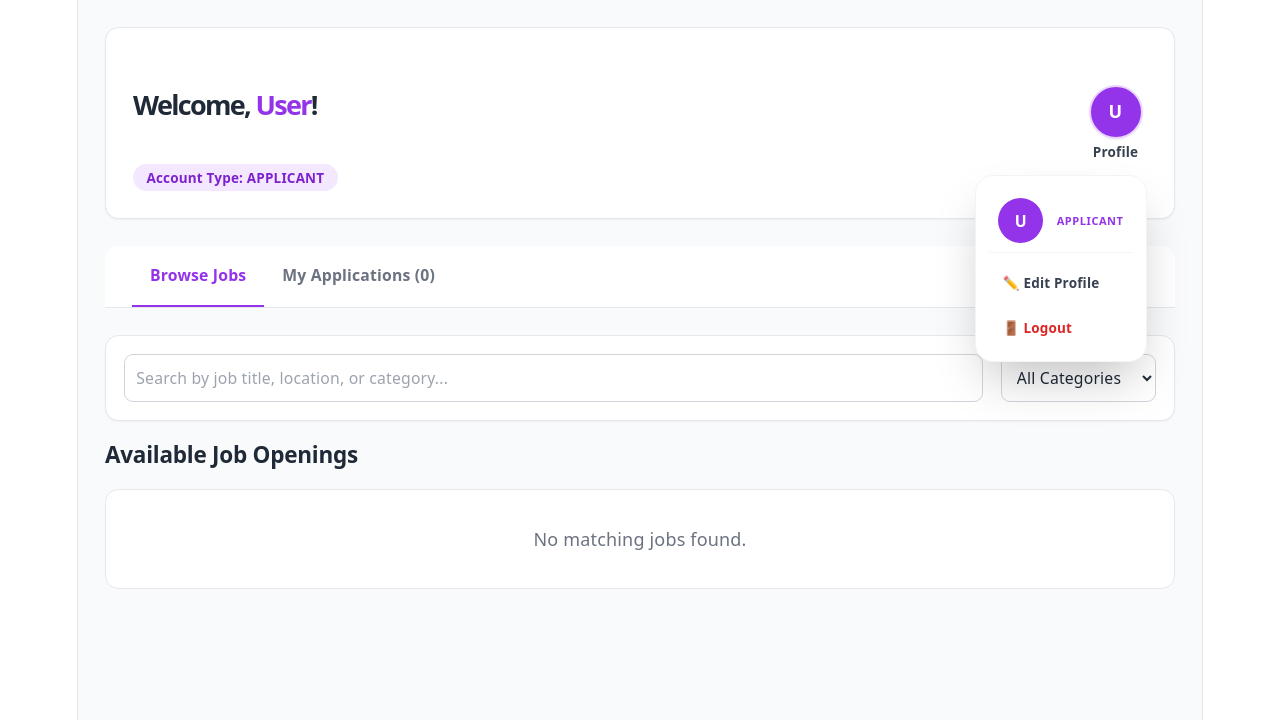
Repository: mdkawsarjomadder/job-portal
Page: /dashboard (app in job-portal/frontend/), after clicking the first element matching `button.flex`
The author's editor kept a copy of each file at every save. The page is drawn from the files as they stood at one save, then again after the next save.
The browser window is 1280 px wide. The pictures show the whole page.
The page's requests for data from a server got no answer. The project was rebuilt for these pictures with package versions that can differ from the ones it lists, and the page was loaded fresh each time. No one was signed in, and anything a server would have sent is missing. Also part of the build but not shown: job-portal/frontend/vite.config.js, job-portal/frontend/src/pages/Login.jsx, job-portal/frontend/src/pages/Register.jsx, job-portal/frontend/src/pages/EmployerDashboard.jsx, job-portal/frontend/src/pages/MyApplications.jsx, job-portal/frontend/src/pages/CreateJob.jsx, job-portal/frontend/src/pages/Home.jsx. Imported but missing from the stored project, and not drawn on this page: job-portal/frontend/src/pages/Profile.

Above is the page before, as saved 2026-09-18 21:20:01.

### job-portal/frontend/src/index.css
@tailwind base;
@tailwind components;
@tailwind utilities;

:root {
  --text: #6b6375;
  --text-h: #08060d;
  --bg: #fff;
  --border: #e5e4e7;
  --code-bg: #f4f3ec;
  --accent: #aa3bff;
  --accent-bg: rgba(170, 59, 255, 0.1);
  --accent-border: rgba(170, 59, 255, 0.5);
  --social-bg: rgba(244, 243, 236, 0.5);
  --shadow: rgba(0, 0, 0, 0.1) 0 10px 15px -3px, rgba(0, 0, 0, 0.05) 0 4px 6px -2px;

  --sans: system-ui, 'Segoe UI', Roboto, sans-serif;
  --heading: system-ui, 'Segoe UI', Roboto, sans-serif;
  --mono: ui-monospace, Consolas, monospace;

  font: 18px/145% var(--sans);
  letter-spacing: 0.18px;
  color-scheme: light dark;
  color: var(--text);
  background: var(--bg);
  font-synthesis: none;
  text-rendering: optimizeLegibility;
  -webkit-font-smoothing: antialiased;
  -moz-osx-font-smoothing: grayscale;
}

@media (max-width: 1024px) {
  :root {
    font-size: 16px;
  }
}

@media (prefers-color-scheme: dark) {
  :root {
    --text: #9ca3af;
    --text-h: #f3f4f6;
    --bg: #16171d;
    --border: #2e303a;
    --code-bg: #1f2028;
    --accent: #c084fc;
    --accent-bg: rgba(192, 132, 252, 0.15);
    --accent-border: rgba(192, 132, 252, 0.5);
    --social-bg: rgba(47, 48, 58, 0.5);
    --shadow: rgba(0, 0, 0, 0.4) 0 10px 15px -3px, rgba(0, 0, 0, 0.25) 0 4px 6px -2px;
  }

  #social .button-icon {
    filter: invert(1) brightness(2);
  }
}

body {
  margin: 0;
}

#root {
  width: 1126px;
  max-width: 100%;
  margin: 0 auto;
  text-align: center;
  border-inline: 1px solid var(--border);
  min-height: 100svh;
  display: flex;
  flex-direction: column;
  box-sizing: border-box;
}

h1,
h2 {
  font-family: var(--heading);
  font-weight: 500;
  color: var(--text-h);
}

h1 {
  font-size: 56px;
  letter-spacing: -1.68px;
  margin: 32px 0;
}

h2 {
  font-size: 24px;
  line-height: 118%;
  letter-spacing: -0.24px;
  margin: 0 0 8px;
}

@media (max-width: 1024px) {
  h1 {
    font-size: 36px;
    margin: 20px 0;
  }
  h2 {
    font-size: 20px;
  }
}

p {
  margin: 0;
}

code,
.counter {
  font-family: var(--mono);
  display: inline-flex;
  border-radius: 4px;
  color: var(--text-h);
}

code {
  font-size: 15px;
  line-height: 135%;
  padding: 4px 8px;
  background: var(--code-bg);
}

### job-portal/frontend/src/App.jsx
import { BrowserRouter as Router, Routes, Route, Navigate } from 'react-router-dom';
import Login from './pages/Login';
import Register from './pages/Register';
import ApplicantDashboard from './pages/ApplicantDashboard';
import EmployerDashboard from './pages/EmployerDashboard';
import MyApplications from './pages/MyApplications';
import CreateJob from './pages/CreateJob';
import Home from './pages/Home';
import Profile from './pages/Profile';



function App() {
  return (
    <Router>
      <Routes>
        <Route path="/" element={<Home />} />
        <Route path="/home" element={<Home />} />
        <Route path="/login" element={<Login />} />
        <Route path="/profile" element={<Profile />} />
        <Route path="/register" element={<Register />} />
        <Route path="/my-applications" element={<MyApplications />} />
        <Route path="/dashboard" element={<ApplicantDashboard />} />
        <Route path="/employerdashboard" element={<EmployerDashboard />} />
        <Route path="/create-job" element={<CreateJob />} />
        <Route path="*" element={<Navigate to="/" replace />} />
      </Routes>
    </Router>
  );
}

export default App;

### job-portal/frontend/src/pages/ApplicantDashboard.jsx
import React, { useState, useEffect, useRef } from 'react';
import axios from 'axios';
import { useNavigate } from 'react-router-dom';

export default function ApplicantDashboard() {
  const navigate = useNavigate();
  const [user, setUser] = useState(null);
  const [jobs, setJobs] = useState([]);
  const [appliedJobs, setAppliedJobs] = useState([]);
  const [activeTab, setActiveTab] = useState('browse');
  const [selectedJob, setSelectedJob] = useState(null);
  const [resumeFile, setResumeFile] = useState(null);
  const [isModalOpen, setIsModalOpen] = useState(false);

  // Profile Dropdown State
  const [isDropdownOpen, setIsDropdownOpen] = useState(false);
  const dropdownRef = useRef(null);

  // Loading & Toast Notification States
  const [isSubmitting, setIsSubmitting] = useState(false);
  const [toastMessage, setToastMessage] = useState('');
  const [toastType, setToastType] = useState('success');

  // Search & Filter States
  const [searchTerm, setSearchTerm] = useState('');
  const [selectedCategory, setSelectedCategory] = useState('All');

  useEffect(() => {
    fetchLatestProfile();
    fetchJobs();
    fetchMyApplications();
  }, []);

  // API থেকে লেটেস্ট Avatar সহ ইউজার ডাটা ফেচ করা
  const fetchLatestProfile = async () => {
    const token = localStorage.getItem('token');
    const storedUser = localStorage.getItem('user');

    if (storedUser) {
      setUser(JSON.parse(storedUser));
    }

    if (!token) return;

    try {
      const res = await axios.get('http://localhost:5000/api/jobs/profile', {
        headers: { Authorization: `Bearer ${token}` },
      });
      if (res.data) {
        setUser(res.data);
        localStorage.setItem('user', JSON.stringify(res.data));
      }
    } catch (err) {
      console.error('Error fetching fresh profile:', err);
    }
  };

  // Dropdown Close on Outside Click
  useEffect(() => {
    const handleClickOutside = (event) => {
      if (dropdownRef.current && !dropdownRef.current.contains(event.target)) {
        setIsDropdownOpen(false);
      }
    };
    document.addEventListener('mousedown', handleClickOutside);
    return () => document.removeEventListener('mousedown', handleClickOutside);
  }, []);

  const fetchJobs = async () => {
    try {
      const res = await axios.get('http://localhost:5000/api/jobs');
      setJobs(res.data);
    } catch (err) {
      console.error('Error fetching jobs:', err);
    }
  };

  const fetchMyApplications = async () => {
    const token = localStorage.getItem('token');
    if (!token) return;

    try {
      const res = await axios.get('http://localhost:5000/api/jobs/my-applications', {
        headers: { Authorization: `Bearer ${token}` },
      });
      setAppliedJobs(res.data);
    } catch (err) {
      console.error('Error fetching applications:', err);
    }
  };

  const showToast = (message, type = 'success') => {
    setToastMessage(message);
    setToastType(type);

    setTimeout(() => {
      setToastMessage('');
    }, 4000);
  };

  const handleApplyClick = (job) => {
    const token = localStorage.getItem('token');
    if (!token) {
      showToast('Please login to apply', 'error');
      return;
    }
    setSelectedJob(job);
    setIsModalOpen(true);
  };

  const handleFormSubmit = async (e) => {
    e.preventDefault();

    if (!resumeFile) {
      showToast('Please select a PDF resume file first!', 'error');
      return;
    }

    const token = localStorage.getItem('token');

    const formData = new FormData();
    formData.append('jobId', selectedJob.id);
    formData.append('resume', resumeFile);

    setIsSubmitting(true);

    try {
      const res = await axios.post('http://localhost:5000/api/jobs/apply', formData, {
        headers: {
          Authorization: `Bearer ${token}`,
          'Content-Type': 'multipart/form-data',
        },
      });

      setIsSubmitting(false);
      setIsModalOpen(false);
      setResumeFile(null);
      setSelectedJob(null);
      fetchMyApplications();

      showToast(res.data.message || 'Applied successfully with uploaded resume!', 'success');

    } catch (err) {
      setIsSubmitting(false);
      console.error('Application Error:', err);
      showToast(err.response?.data?.message || 'Failed to apply', 'error');
    }
  };

  const handleLogout = () => {
    localStorage.removeItem('token');
    localStorage.removeItem('user');
    navigate('/login');
  };

  const filteredJobs = jobs.filter((job) => {
    const query = searchTerm.trim().toLowerCase();

    const titleMatch = job?.title ? job.title.toLowerCase().includes(query) : false;
    const locationMatch = job?.location ? job.location.toLowerCase().includes(query) : false;
    const categoryMatch = job?.category ? job.category.toLowerCase().includes(query) : false;

    const matchesSearch = query === '' || titleMatch || locationMatch || categoryMatch;

    const matchesCategoryDropdown =
      selectedCategory === 'All' ||
      (job?.category && job.category.toLowerCase() === selectedCategory.toLowerCase());

    return matchesSearch && matchesCategoryDropdown;
  });

  return (
    <div className="min-h-screen bg-gray-50 p-6 text-left relative">

      {/* Toast Notification */}
      {toastMessage && (
        <div className="fixed top-5 right-5 z-50 animate-bounce">
          <div
            className={`px-5 py-3 rounded-xl shadow-lg text-white text-sm font-semibold flex items-center gap-2 ${
              toastType === 'success' ? 'bg-green-600' : 'bg-red-600'
            }`}
          >
            <span>{toastType === 'success' ? '✓' : '✕'}</span>
            <span>{toastMessage}</span>
          </div>
        </div>
      )}

      <div className="max-w-5xl mx-auto space-y-6">

        {/* Profile Header Card */}
        <div className="bg-white p-6 rounded-xl shadow-sm border border-gray-200 flex flex-col md:flex-row justify-between items-start md:items-center gap-4">
          <div>
            <h1 className="text-2xl font-bold text-gray-800">
              Welcome, <span className="text-purple-600">{user?.name || 'User'}</span>!
            </h1>
            <p className="text-sm text-gray-500">{user?.email}</p>
            <span className="inline-block mt-2 px-3 py-1 bg-purple-100 text-purple-700 text-xs font-semibold rounded-full">
              Account Type: {user?.role || 'APPLICANT'}
            </span>
          </div>

          {/* User Profile Dropdown Section */}
          <div className="relative" ref={dropdownRef}>
            <button
              onClick={() => setIsDropdownOpen(!isDropdownOpen)}
              className="flex flex-col items-center justify-center p-1 rounded-xl hover:bg-gray-50 transition focus:outline-none"
            >
              {/* Profile Avatar */}
              <div className="w-12 h-12 rounded-full bg-purple-600 text-white font-bold text-base flex items-center justify-center overflow-hidden border-2 border-purple-200 shadow-sm shrink-0">
                {user?.avatar ? (
                  <img
                    src={user.avatar}
                    alt={user.name}
                    className="w-full h-full object-cover"
                    onError={(e) => { e.target.style.display = 'none'; }}
                  />
                ) : (
                  user?.name?.charAt(0).toUpperCase() || 'U'
                )}
              </div>

              {/* User Name */}
              <span className="text-xs font-semibold text-gray-700 mt-1 max-w-[120px] truncate text-center">
                {user?.name || 'Profile'}
              </span>
            </button>

            {/* Dropdown Menu - Position Fixed to Align Correctly */}
            {isDropdownOpen && (
              <div className="absolute right-0 mt-2 w-50 bg-white rounded-2xl shadow-2xl border border-gray-100 p-3 z-50 transform origin-top-right transition-all">
                {/* Header User Details */}
                <div className="flex items-center gap-3 p-2 border-b border-gray-100 mb-2">
                  <div className="w-10 h-10 rounded-full bg-purple-600 text-white font-bold text-sm flex items-center justify-center overflow-hidden shrink-0">
                    {user?.avatar ? (
                      <img
                        src={user.avatar}
                        alt={user.name}
                        className="w-full h-full object-cover"
                        onError={(e) => { e.target.style.display = 'none'; }}
                      />
                    ) : (
                      user?.name?.charAt(0).toUpperCase() || 'U'
                    )}
                  </div>
                  <div className="overflow-hidden">
                    <p className="text-sm font-bold text-gray-800 truncate">{user?.name}</p>
                    <p className="text-[11px] font-bold text-purple-600 uppercase tracking-wider">
                      {user?.role || 'APPLICANT'}
                    </p>
                  </div>
                </div>

                {/* Dropdown Action Buttons */}
                <div className="space-y-1">
                  <button
                    onClick={() => {
                      setIsDropdownOpen(false);
                      navigate('/profile');
                    }}
                    className="w-full text-left px-3 py-2.5 text-xs font-semibold text-gray-700 hover:bg-purple-50 hover:text-purple-700 rounded-xl transition flex items-center gap-2"
                  >
                    ✏️ Edit Profile
                  </button>

                  <button
                    onClick={handleLogout}
                    className="w-full text-left px-3 py-2.5 text-xs font-semibold text-red-600 hover:bg-red-50 rounded-xl transition flex items-center gap-2"
                  >
                    🚪 Logout
                  </button>
                </div>
              </div>
            )}
          </div>
        </div>

        {/* Navigation Tabs */}
        <div className="flex border-b border-gray-200 bg-white px-6 rounded-t-xl">
          <button
            onClick={() => setActiveTab('browse')}
            className={`py-4 px-4 font-semibold text-sm border-b-2 transition-colors ${
              activeTab === 'browse'
                ? 'border-purple-600 text-purple-600'
                : 'border-transparent text-gray-500 hover:text-gray-700'
            }`}
          >
            Browse Jobs
          </button>
          <button
            onClick={() => setActiveTab('applications')}
            className={`py-4 px-4 font-semibold text-sm border-b-2 transition-colors ${
              activeTab === 'applications'
                ? 'border-purple-600 text-purple-600'
                : 'border-transparent text-gray-500 hover:text-gray-700'
            }`}
          >
            My Applications ({appliedJobs.length})
          </button>
        </div>

        {/* Tab Content */}
        {activeTab === 'browse' ? (
          <div className="space-y-4">
            {/* Search Bar & Category Select */}
            <div className="flex flex-col md:flex-row gap-4 bg-white p-4 rounded-xl border border-gray-200 shadow-sm">
              <input
                type="text"
                placeholder="Search by job title, location, or category..."
                value={searchTerm}
                onChange={(e) => setSearchTerm(e.target.value)}
                className="flex-1 border border-gray-300 rounded-lg p-2.5 text-sm text-gray-800 bg-white focus:outline-none focus:ring-2 focus:ring-purple-500"
              />
              <select
                value={selectedCategory}
                onChange={(e) => setSelectedCategory(e.target.value)}
                className="border border-gray-300 rounded-lg p-2.5 text-sm text-gray-800 focus:outline-none focus:ring-2 focus:ring-purple-500 bg-white"
              >
                <option value="All">All Categories</option>
                <option value="IT">IT / Software</option>
                <option value="Dev Developer">Dev Developer</option>
                <option value="Design">Design</option>
                <option value="Marketing">Marketing</option>
              </select>
            </div>

            <h2 className="text-xl font-bold text-gray-800">Available Job Openings</h2>

            {filteredJobs.length === 0 ? (
              <div className="bg-white p-8 text-center text-gray-500 rounded-xl border border-gray-200">
                No matching jobs found.
              </div>
            ) : (
              <div className="grid grid-cols-1 md:grid-cols-2 gap-4">
                {filteredJobs.map((job) => (
                  <div key={job.id} className="bg-white p-5 rounded-xl border border-gray-200 shadow-sm hover:shadow-md transition">
                    <div className="flex justify-between items-start">
                      <div>
                        <h3 className="font-bold text-lg text-gray-800">{job.title}</h3>
                        <p className="text-sm text-gray-500 font-medium">{job.employer?.name || 'Company'}</p>
                      </div>
                      <span className="px-2.5 py-1 bg-green-100 text-green-700 text-xs font-semibold rounded-md">
                        {job.jobType}
                      </span>
                    </div>

                    <div className="mt-4 text-sm text-gray-600 space-y-1">
                      <p>📍 {job.location}</p>
                      <p>💼 {job.category}</p>
                      <p>💰 {job.salary}</p>
                    </div>

                    <button
                      onClick={() => handleApplyClick(job)}
                      className="mt-5 w-full bg-purple-600 hover:bg-purple-700 text-white font-medium py-2 rounded-lg transition duration-200"
                    >
                      Apply Now
                    </button>
                  </div>
                ))}
              </div>
            )}
          </div>
        ) : (
          <div className="space-y-4">
            <h2 className="text-xl font-bold text-gray-800">Applied Jobs</h2>
            {appliedJobs.length === 0 ? (
              <div className="bg-white p-8 text-center text-gray-500 rounded-xl border border-gray-200">
                You haven't applied to any jobs yet.
              </div>
            ) : (
              <div className="bg-white rounded-xl border border-gray-200 overflow-hidden">
                <table className="w-full text-left border-collapse">
                  <thead>
                    <tr className="bg-gray-50 border-b border-gray-200 text-xs font-semibold text-gray-500 uppercase">
                      <th className="p-4">Job Title</th>
                      <th className="p-4">Category</th>
                      <th className="p-4">Applied Date</th>
                      <th className="p-4">Status</th>
                    </tr>
                  </thead>
                  <tbody className="divide-y divide-gray-200 text-sm">
                    {appliedJobs.map((app) => (
                      <tr key={app.id}>
                        <td className="p-4 font-semibold text-gray-800">{app.job?.title}</td>
                        <td className="p-4 text-gray-600">{app.job?.category}</td>
                        <td className="p-4 text-gray-500">
                          {new Date(app.appliedAt).toLocaleDateString()}
                        </td>
                        <td className="p-4">
                          <span
                            className={`px-2.5 py-1 text-xs font-semibold rounded-full ${
                              app.status === 'SHORTLISTED'
                                ? 'bg-green-100 text-green-700'
                                : app.status === 'REJECTED'
                                ? 'bg-red-100 text-red-700'
                                : 'bg-yellow-100 text-yellow-800'
                            }`}
                          >
                            {app.status}
                          </span>
                        </td>
                      </tr>
                    ))}
                  </tbody>
                </table>
              </div>
            )}
          </div>
        )}

      </div>

      {/* File Upload Modal */}
      {isModalOpen && (
        <div className="fixed inset-0 bg-black/50 backdrop-blur-sm flex justify-center items-center p-4 z-50">
          <div className="bg-white rounded-2xl p-6 max-w-md w-full shadow-xl space-y-4">
            <div className="flex justify-between items-center border-b pb-3">
              <h3 className="font-bold text-lg text-gray-800">
                Apply for <span className="text-purple-600">{selectedJob?.title}</span>
              </h3>
              <button
                onClick={() => setIsModalOpen(false)}
                className="text-gray-400 hover:text-gray-600 text-lg font-bold"
              >
                ✕
              </button>
            </div>

            <form onSubmit={handleFormSubmit} className="space-y-4">
              <div>
                <label className="block text-sm font-semibold text-gray-700 mb-2">
                  Upload Your Resume (PDF format)
                </label>
                <input
                  type="file"
                  accept=".pdf"
                  onChange={(e) => setResumeFile(e.target.files[0])}
                  className="w-full text-sm text-gray-500 file:mr-4 file:py-2 file:px-4 file:rounded-lg file:border-0 file:text-sm file:font-semibold file:bg-purple-50 file:text-purple-700 hover:file:bg-purple-100 border border-gray-300 rounded-lg p-1.5"
                  required
                />
              </div>

              <div className="flex justify-end gap-3 pt-2">
                <button
                  type="button"
                  onClick={() => setIsModalOpen(false)}
                  className="px-4 py-2 border border-gray-300 rounded-lg text-sm font-medium text-gray-700 hover:bg-gray-50"
                >
                  Cancel
                </button>
                <button
                  type="submit"
                  disabled={isSubmitting}
                  className={`px-4 py-2 bg-purple-600 text-white rounded-lg text-sm font-medium transition ${
                    isSubmitting ? 'opacity-50 cursor-not-allowed' : 'hover:bg-purple-700'
                  }`}
                >
                  {isSubmitting ? 'Uploading...' : 'Submit Application'}
                </button>
              </div>
            </form>
          </div>
        </div>
      )}

    </div>
  );
}

Loaded but not shown: job-portal/frontend/src/main.jsx (common file); job-portal/frontend/tailwind.config.js (common file)

After the next save:
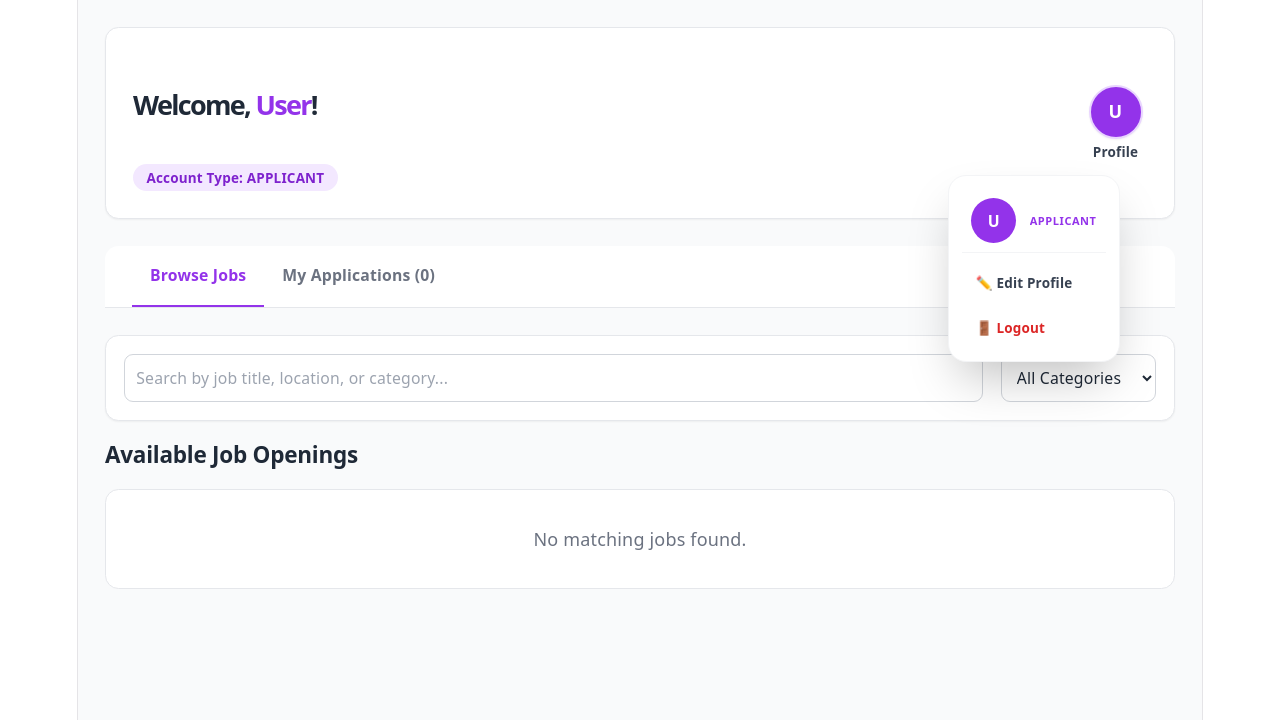
Saved 5 s later.
--- a/job-portal/frontend/src/pages/ApplicantDashboard.jsx
+++ b/job-portal/frontend/src/pages/ApplicantDashboard.jsx
@@ -228,7 +228,7 @@ export default function ApplicantDashboard() {
 
             {/* Dropdown Menu - Position Fixed to Align Correctly */}
             {isDropdownOpen && (
-              <div className="absolute right-0 mt-2 w-50 bg-white rounded-2xl shadow-2xl border border-gray-100 p-3 z-50 transform origin-top-right transition-all">
+              <div className="absolute right-6 mt-2 w-50 bg-white rounded-2xl shadow-2xl border border-gray-100 p-3 z-50 transform origin-top-right transition-all">
                 {/* Header User Details */}
                 <div className="flex items-center gap-3 p-2 border-b border-gray-100 mb-2">
                   <div className="w-10 h-10 rounded-full bg-purple-600 text-white font-bold text-sm flex items-center justify-center overflow-hidden shrink-0">
